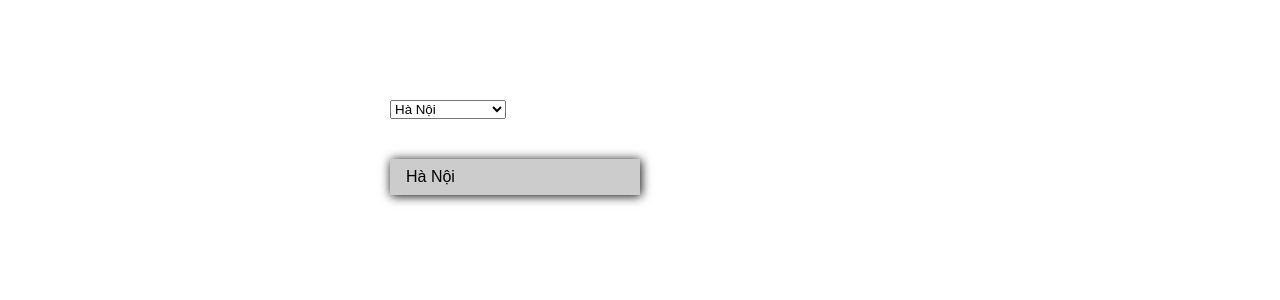
Repository: khanhbinh87/learnJs
Page: customSelect/index.html
The author's editor kept a copy of each file at every save. The page is drawn from the files as they stood at one save, then again after a run of saves.
The browser window is 1280 px wide. The pictures show the whole page.

Above is the page before, as saved 2021-06-16 14:26:07.

### customSelect/index.html
<!DOCTYPE html>
<html lang="en">
<head>
    <meta charset="UTF-8">
    <meta name="viewport" content="width=device-width, initial-scale=1.0">
    <title>Document</title>
    <link rel="stylesheet" href="style.css">
</head>
<body>
        <form action="">
            <select name="" id="" class="custom-select">
                <option value="hanoi">Hà Nội</option>
                <option value="danang" >Đà Nẵng</option>
                <option value="tphcm">Tp Hồ Chí Minh</option>
                <option value="hue" >Huế</option>
            </select>
            <!-- <div class="wrapper-selected">
                <div class="selected" my-value="">Text tam thoi</div>
                <ul class="list-options">
                    <li my-value="hanoi">Hà Nội</li>
                    <li my-value="danang">Đà Nẵng</li>
                    <li my-value="tphcm">Tp Hồ Chí Minh</li>
                    <li my-value="hue">Huế</li>
                </ul>
            </div> -->
        </form>
        <script src="main.js"></script>
</body>
</html>

### customSelect/style.css
*{
    margin: 0;
    padding: 0;
    box-sizing: border-box;
}
form{
    margin:50px auto;
    width: 500px;
}
body{
    padding: 50px;
}
.custom-select {
    margin-bottom: 40px;

}


.wrapper-selected{
    width: 250px;
    font-family:sans-serif;
    position: relative;
}
.wrapper-selected > .selected{
    border:1px solid #ccc;
    padding: 8px 15px;
    background-color: #ccc;
    box-shadow:1px 1px 10px 0
}
.wrapper-selected > .list-options{
    list-style: none;
    position: absolute;
    width: 100%;
    left:0;
    top:100%;
    opacity: 0;
    pointer-events: none;
}
.wrapper-selected > .list-options > li{
    padding: 8px 15px;
    background-color: #cdcdcd;
    border:1px solid #8d8d8d;
    margin-top: -1px;
    cursor: pointer;
    transition: all 0.5s;

}
.wrapper-selected > .list-options > li:hover{
    background-color: #999;
}

### customSelect/main.js
//tao div
//tao class
//tao div rong
//tao my-value
//tao text

var select = document.querySelector('.custom-select');
if(select){
    var listOptions = Array.from(select.querySelectorAll('option'))

    //tao div bao
    var divWrapper  = document.createElement('div');
        divWrapper.classList.add('wrapper-selected');

    //tao div select
    var divSelected = document.createElement('div');
        divSelected.classList.add('selected');


        if(listOptions.length > 0){
            divSelected.setAttribute('my-value',listOptions[0].getAttribute('value'))
            divSelected.innerText = listOptions[0].innerText

        }

    //tao ul li
    var ulElement = document.createElement('ul');
        ulElement.classList.add('list-options')

    //duyet tung listOptions
    listOptions.forEach(function(optionEl,index){
        var valueOption = optionEl.getAttribute('value');
        var textOption  = optionEl.innerText;

        //check co selected hay ko de tjay doi
        if(optionEl.getAttribute('selected') !== null){
            divSelected.setAttribute('my-value',valueOption)
            divSelected.innerText = textOption;
        }

        var liElement = document.createElement('li');
            liElement.setAttribute('my-value',valueOption);
            liElement.innerText = textOption;

            liElement.addEventListener('click',function(e){

                divSelected.setAttribute('my-value',this.getAttribute('my-value'));
                divSelected.innerText = this.innerText;


                var selectString = `option[value=${this.getAttribute('my-value')}]`


                if(select.querySelector('option[selected]')){
                    select.querySelector('option[selected]').removeAttribute('selected')
                }

                select.querySelector(selectString).setAttribute('selected',true);

                //listOptions[index].setAttribute('selected',true)
                // selectString.setAttribute('selected',true)

            })
            ulElement.append(liElement)

    })

    //appending
    divWrapper.append(divSelected);
    divWrapper.append(ulElement);
    document.body.appendChild(divWrapper);


    //chen div wrapper vao truoc hoac sau
    select.parentNode.insertBefore(divWrapper,select.nextSibling);

}

After the next 3 saves:
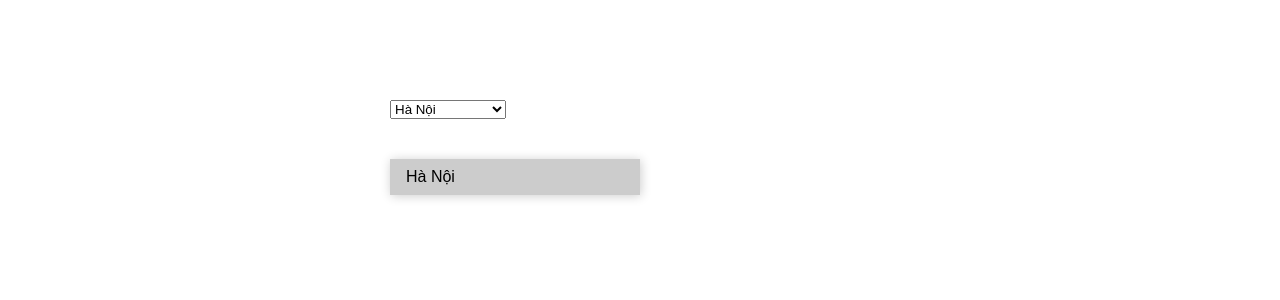
The 3 saves are shown as one change because they came seconds apart.
The last was saved 9 s later.
--- a/customSelect/style.css
+++ b/customSelect/style.css
@@ -25,7 +25,7 @@ body{
     border:1px solid #ccc;
     padding: 8px 15px;
     background-color: #ccc;
-    box-shadow:1px 1px 10px 0
+    box-shadow:1px 1px 10px 0 rgba(0, 0, 0, 0.2)
 }
 .wrapper-selected > .list-options{
     list-style: none;
